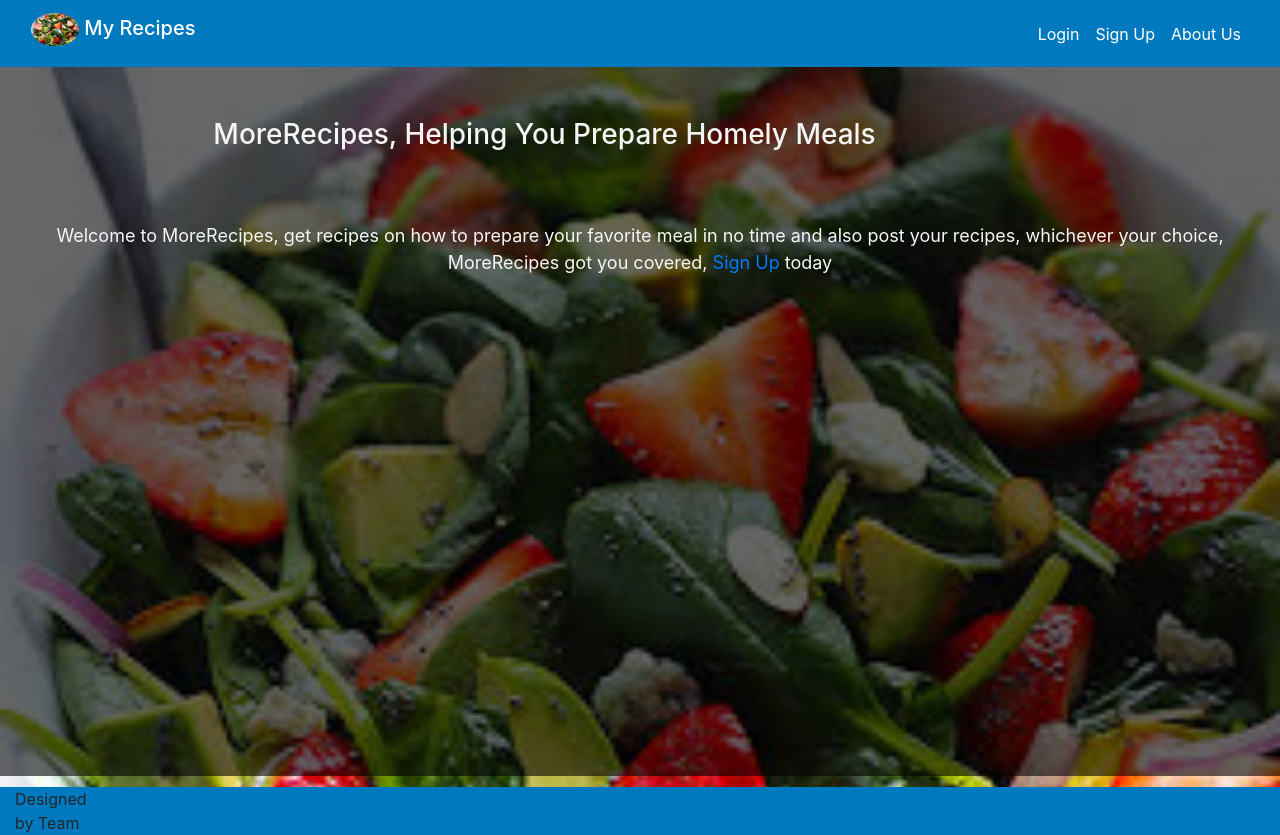
Repository: UggoPrince/more-recipes
Page: html/index.html
An editor plug-in stored every save of this project. The page is shown before and after the next save, followed by the edit.
The browser window is 1280 px wide. The pictures show the whole page.

Above is the page before, as saved 2018-07-30 07:18:06.

### html/index.html
<html lang="en">
<head>
  <meta charset="UTF-8">
  <meta name="viewport" content="width=device-width, initial-scale=1.0">
  <meta http-equiv="X-UA-Compatible" content="ie=edge">
  <link rel="stylesheet" href="https://maxcdn.bootstrapcdn.com/bootstrap/4.0.0/css/bootstrap.min.css" integrity="sha384-Gn5384xqQ1aoWXA+058RXPxPg6fy4IWvTNh0E263XmFcJlSAwiGgFAW/dAiS6JXm" crossorigin="anonymous"/>
  <style>
    main {
      background-color: rgba(0, 0, 3, 0.6);
      color: whitesmoke;
    }
    div#content {
      background-size: 100vw;
      background-repeat: no-repeat;
      background-image: url(../img/nav-image.jpg);
      background-size: cover;
      height: 100vh;
      background-repeat: no-repeat;
    }
    nav {
      background-color: #0079be;
      color: white;
    }
    .nav-link {
      color: white;
    }
  </style>
  <title>My Recipes Homepage</title>
</head>
<body>
  <nav class="xnav navbar navbar-expand-lg">
    <div class="container-fluid">
      <h3 style="color: white;" class="navbar-brand">
        <img class="rounded-circle" src="../img/nav-image.jpg" style="width: 48px;" alt="logo"/>
        My Recipes
      </h3>
      <button class="navbar-toggler" type="button" data-toggle="collapse" aria-controls="navDropdown" aria-expanded="false" aria-label="Toggle Navigation" data-target="#navDropdown" >
        <span class="navbar-toggler-icon"></span>
      </button>
      <div class="collapse navbar-collapse justify-content-end brand-anchor" id="navDropdown">
        <ul class="navbar-nav">
          <li class="nav-item">
            <a class="nav-link" href="login.html">Login</a>
          </li>
          <li class="nav-item">
            <a class="nav-link" href="signup.html">Sign Up</a>
          </li>
          <li class="nav-item">
            <a class="nav-link" href="about.html">About Us</a>
          </li>
        </ul>
      </div>
    </div>
  </nav>
  <div id="content">
    <main class="container-fluid">
      <div class="row">
        <div class="offset-2 col-8;" style="margin-top: 4%;">
            <h3>MoreRecipes, Helping You Prepare Homely Meals</h3>
        </div>
      </div>
      <center>
        <div style="padding-top: 5%; padding-bottom: 40%; font-size: 18px;">
          Welcome to MoreRecipes, get recipes on how to prepare your favorite meal in no time and also post your recipes, whichever your choice, MoreRecipes got you covered, <a href="signup.html">Sign Up</a> today
        </div>
      </center>
    </main>
  </div>
  <footer class="container-fluid" style="background-color: #0079be;">
    <div class="row">
      <div class="col-1">Designed by Team</div>
    </div>
  </footer>
</body>
</html>

After the next save:
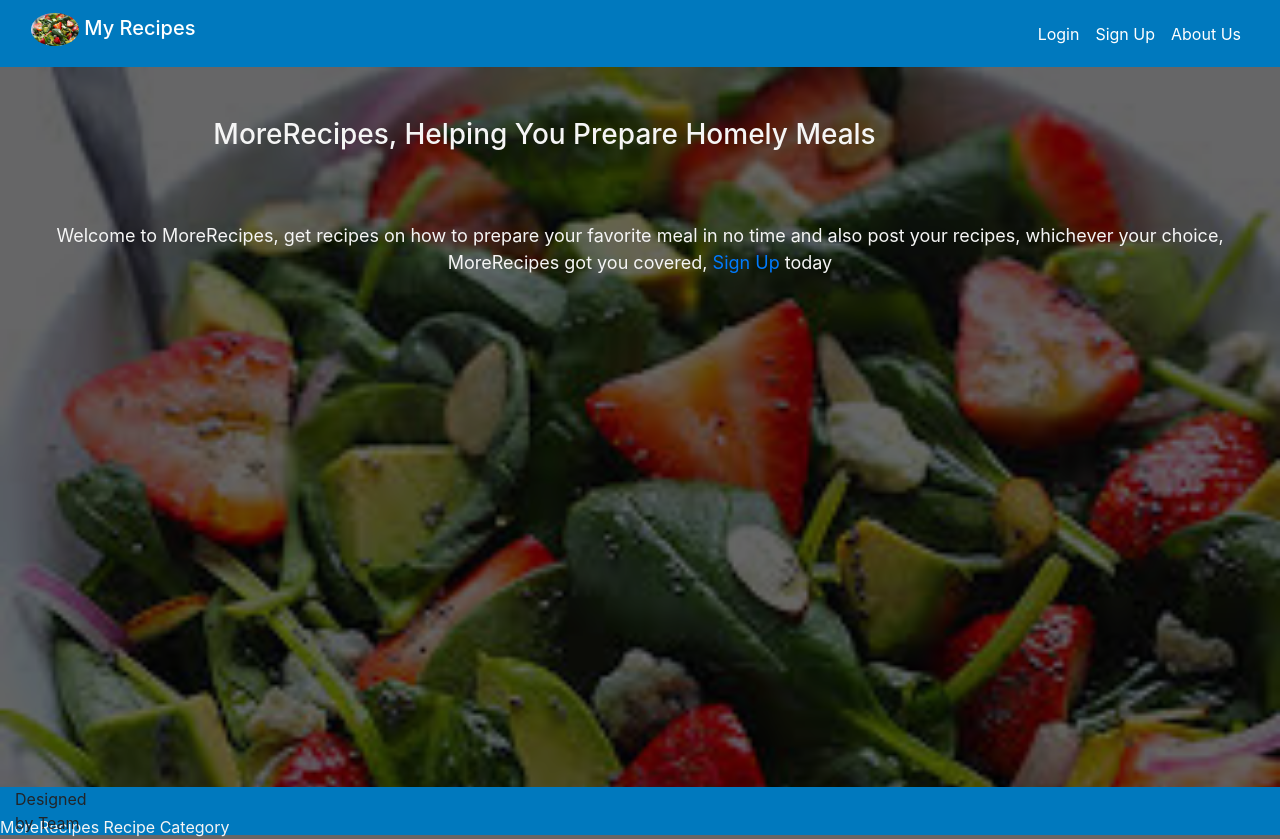
Saved 82 s later.
--- a/html/index.html
+++ b/html/index.html
@@ -63,6 +63,11 @@
         <div style="padding-top: 5%; padding-bottom: 40%; font-size: 18px;">
           Welcome to MoreRecipes, get recipes on how to prepare your favorite meal in no time and also post your recipes, whichever your choice, MoreRecipes got you covered, <a href="signup.html">Sign Up</a> today
         </div>
+        <div class="row">
+          <div style="padding-top: 3%">
+            MoreRecipes Recipe Category
+          </div>
+        </div>
       </center>
     </main>
   </div>

After the save that followed:
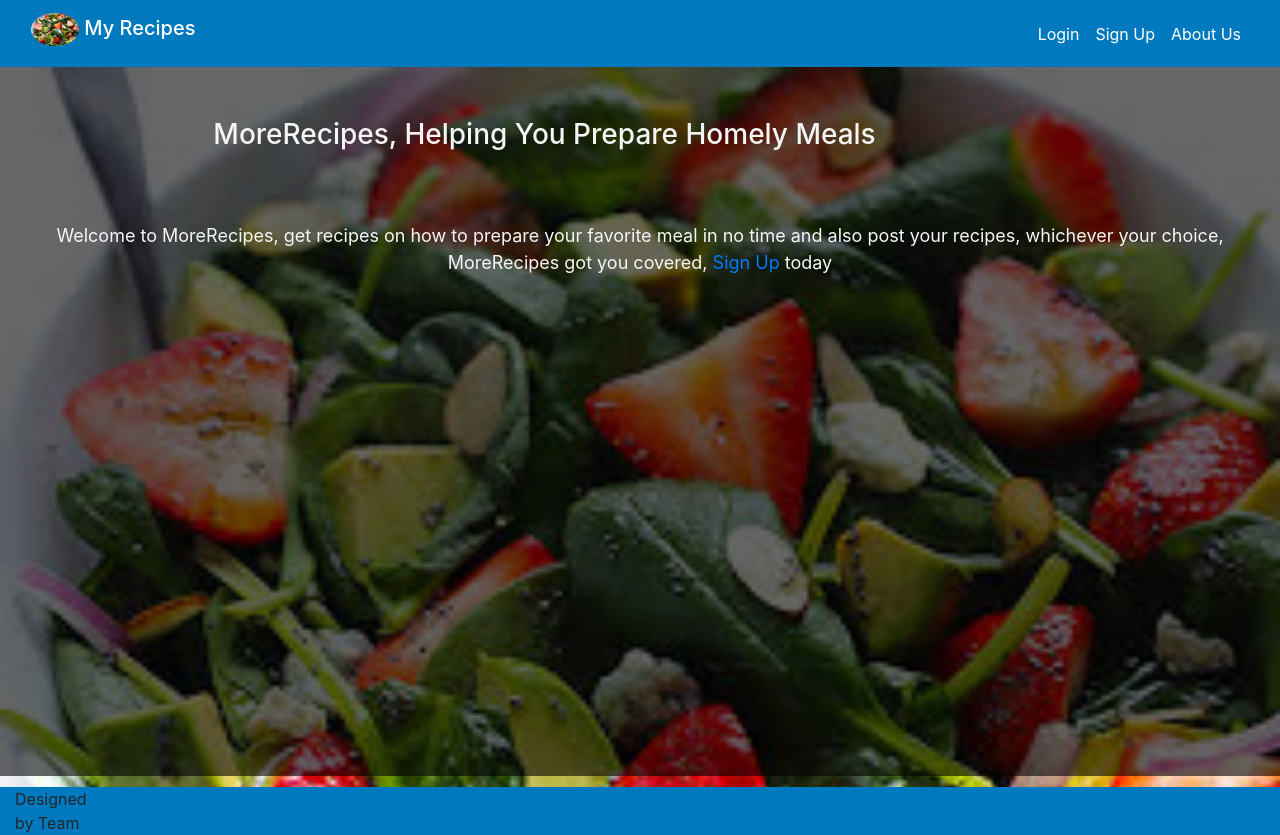
Saved 4 min 3 s later.
--- a/html/index.html
+++ b/html/index.html
@@ -63,11 +63,6 @@
         <div style="padding-top: 5%; padding-bottom: 40%; font-size: 18px;">
           Welcome to MoreRecipes, get recipes on how to prepare your favorite meal in no time and also post your recipes, whichever your choice, MoreRecipes got you covered, <a href="signup.html">Sign Up</a> today
         </div>
-        <div class="row">
-          <div style="padding-top: 3%">
-            MoreRecipes Recipe Category
-          </div>
-        </div>
       </center>
     </main>
   </div>
